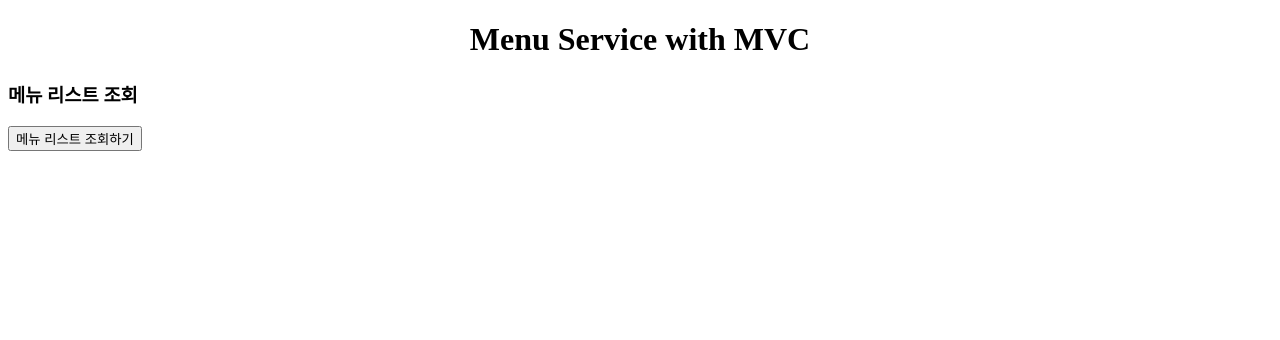
Repository: DaeyeonKim97/Menu-MVC
Page: http://localhost/menu-mvc-mybatis/
The author's editor kept a copy of each file at every save. The page is drawn from the files as they stood at one save, then again after the next save.
The browser window is 1280 px wide. The pictures show the whole page.
The page is served by Tomcat 9. Nobody is signed in. The application's start-up code is not run.

Above is the page before, as saved 2022-08-13 06:45:05.

After the next save:
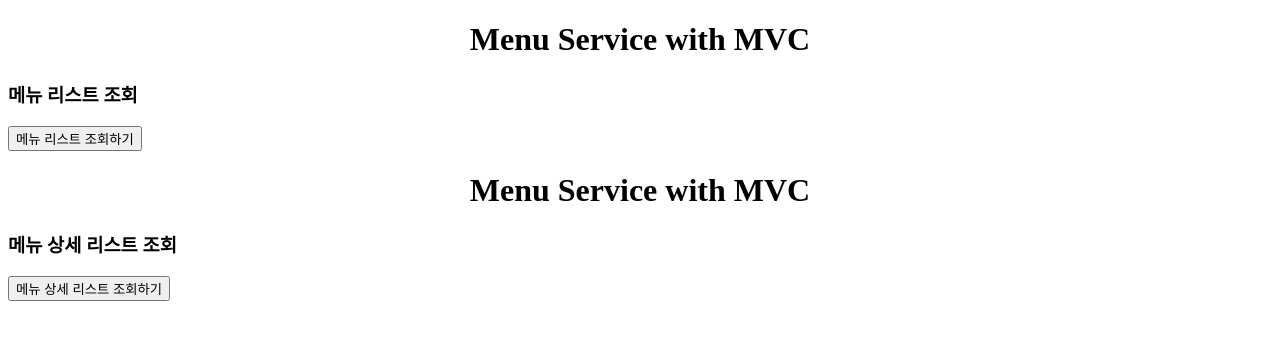
Saved 24 s later.
--- a/menu-mvc-mybatis/src/main/webapp/index.jsp
+++ b/menu-mvc-mybatis/src/main/webapp/index.jsp
@@ -12,5 +12,10 @@
 	<button onclick="location.href = '${pageContext.servletContext.contextPath}/list'">
 		메뉴 리스트 조회하기
 	</button>
+	<jsp:include page="./WEB-INF/views/common/header.jsp"/>
+	<h3>메뉴 상세 리스트 조회</h3>
+	<button onclick="location.href = '${pageContext.servletContext.contextPath}/list'">
+		메뉴 상세 리스트 조회하기
+	</button>
 </body>
 </html>
